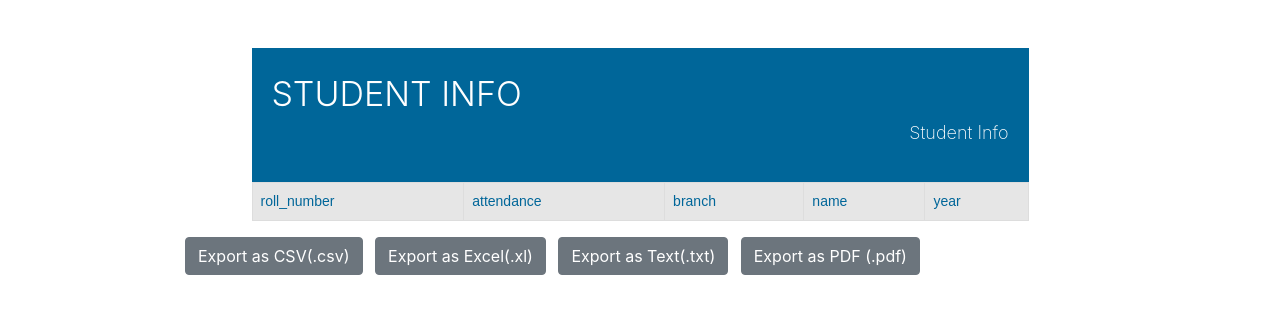
Repository: supranshu/CrystalReportGenerator
Page: http://localhost/produce_report
These files come from the project's save history. The page is drawn as it stood at one moment and after the next save; the edit follows.
The browser window is 1280 px wide. The pictures show the whole page.
The page is this project's Thymeleaf template; nobody is signed in. The template is opened directly, without the code that normally fills it, so the values that code supplies are empty.

Above is the page before, as saved 2023-08-07 13:03:18.

### com.report/src/main/resources/templates/produce_report.html
<!DOCTYPE html>
<html xmlns:th="http://www.thymeleaf.org">
<head>
    <meta charset="UTF-8">
    <title>Produce Report</title>
    <link rel="stylesheet" href="https://maxcdn.bootstrapcdn.com/bootstrap/4.5.2/css/bootstrap.min.css">
    <style>
        /* Apply CSS styles here to mimic the appearance of the JRXML table */
        /* You can use inline styles or link to an external CSS file */
        /* Example styles to get you started */
        table {
            border-collapse: collapse;
            font-family: "Arial", sans-serif;
            width: 70%;
	        margin: 0 auto; /* Center the table horizontally */
        }

        th, td {
            padding: 8px;
            text-align: left;
            border: 1px solid #ddd;
        }
        th {
            font-size: 14px;
            font-weight: 100;
            background-color: #E6E6E6;
            color: #006699;

        }

        td {
            font-size: 14px;
            font-weight: 500;
        }

        .page-header {
            background-color: #006699;
            color: #FFFFFF;
            text-align: left;
            font-size: 34px;
            font-weight: 300;
            padding: 20px;
            width: 70%;
	        margin: 0 auto;
        }
        .page-header p{
        	text-align: right;
        	font-size: 18px;
        	font-weight: 150;

        }
        .btn-links{
        	margin-left:100px;
        }
    </style>

</head>

<body>
    <div class="container mt-5">
	        <div class="page-header">
		        STUDENT INFO
		        <p>Student Info</p>
		    </div>

			    <table>
			        <thead>
			            <tr>
			                <th>roll_number</th>
			                <th>attendance</th>
			                <th>branch</th>
			                <th>name</th>
			                <th>year</th>
			            </tr>
			        </thead>
			        <tbody>
			            <!-- Loop through students and generate table rows -->
			            <tr th:each="student : ${students}">
			                <td th:text="${student.rollNumber}">Roll Number</td>
			                <td th:text="${student.attendance}">Attendance</td>
			                <td th:text="${student.branch}">Branch</td>
			                <td th:text="${student.name}">Name</td>
			                <td th:text="${student.year}">Year</td>
			            </tr>
			        </tbody>
			    </table>









        <div class="mt-3 btn-links">
            <a class="btn btn-secondary mr-2" th:href="@{/export/csv(year=${year}, branch=${branch})}" target="_blank">Export as CSV(.csv)</a>
            <a class="btn btn-secondary mr-2" th:href="@{/export/excel(year=${year}, branch=${branch})}" target="_blank">Export as Excel(.xl)</a>
            <a class="btn btn-secondary mr-2" th:href="@{/export/notepad(year=${year}, branch=${branch})}" target="_blank">Export as Text(.txt)</a>
            <a class="btn btn-secondary" th:href="@{/export/pdf(year=${year}, branch=${branch})}" target="_blank">Export as PDF (.pdf)</a>
        </div>
    </div>


</body>
</html>

After the next save:
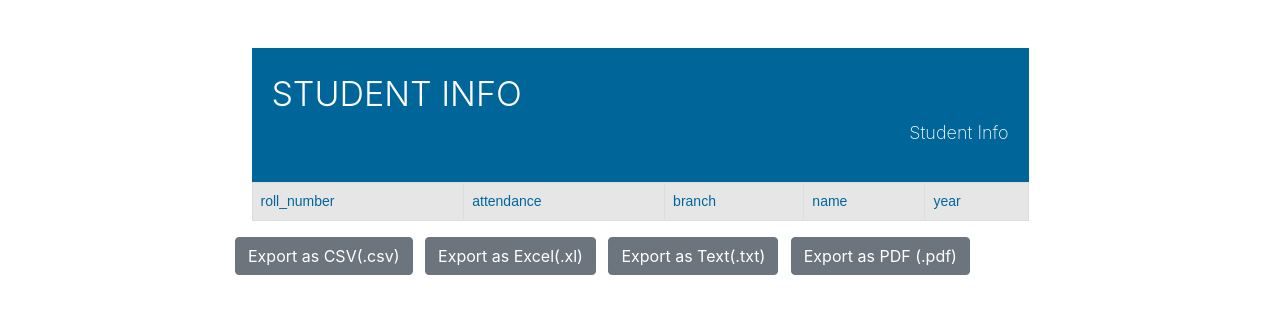
Saved 7 s later.
--- a/com.report/src/main/resources/templates/produce_report.html
+++ b/com.report/src/main/resources/templates/produce_report.html
@@ -50,7 +50,7 @@
 
         }
         .btn-links{
-        	margin-left:100px;
+        	margin-left:150px;
         }
     </style>
 
